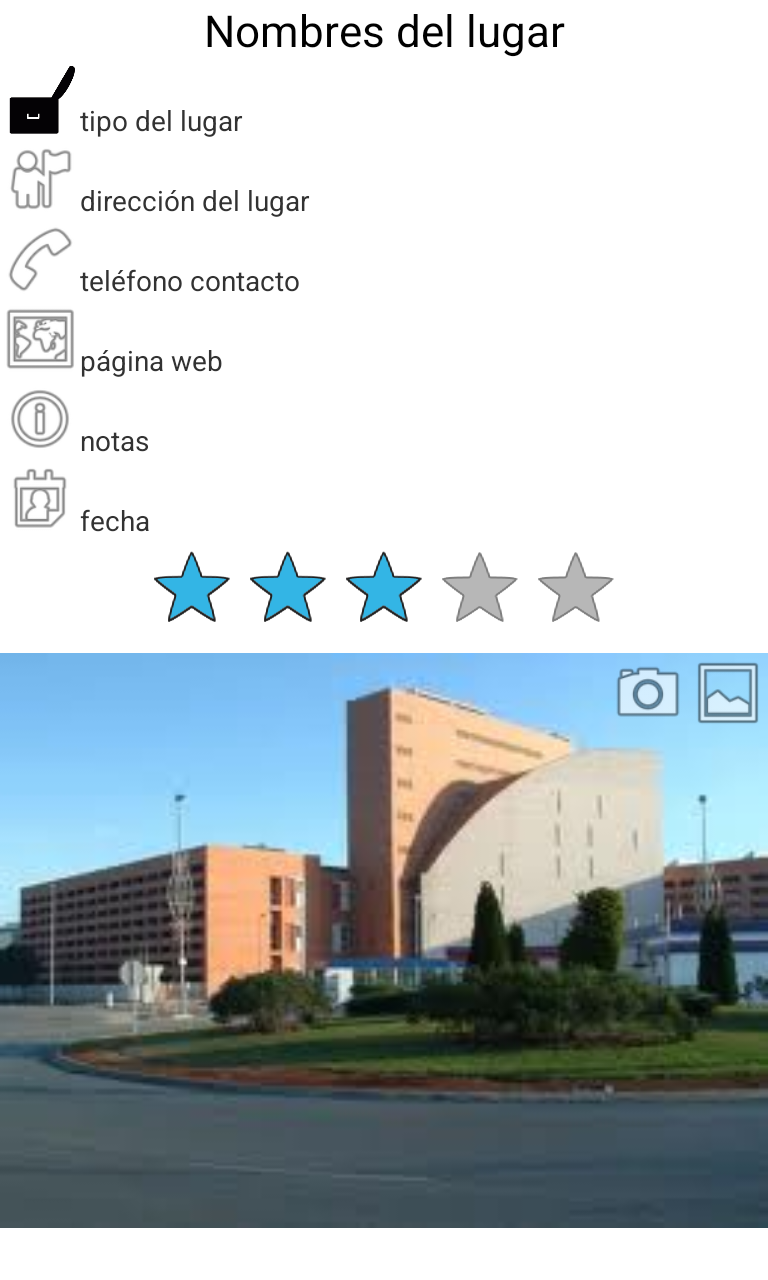
Repository: sayantjm/CursoAndroid
Layout: MisLugares/res/layout/vista_lugar.xml
The author's editor kept a copy of each file at every save. The layout is drawn from the files as they stood at one save, then again after the next save.
It is drawn on a 768 x 1280 px phone screen (xhdpi) without system bars, with theme AppTheme; the app's code is not run.

Above is the layout before, as saved 2014-03-25 20:16:43.

After the next save:
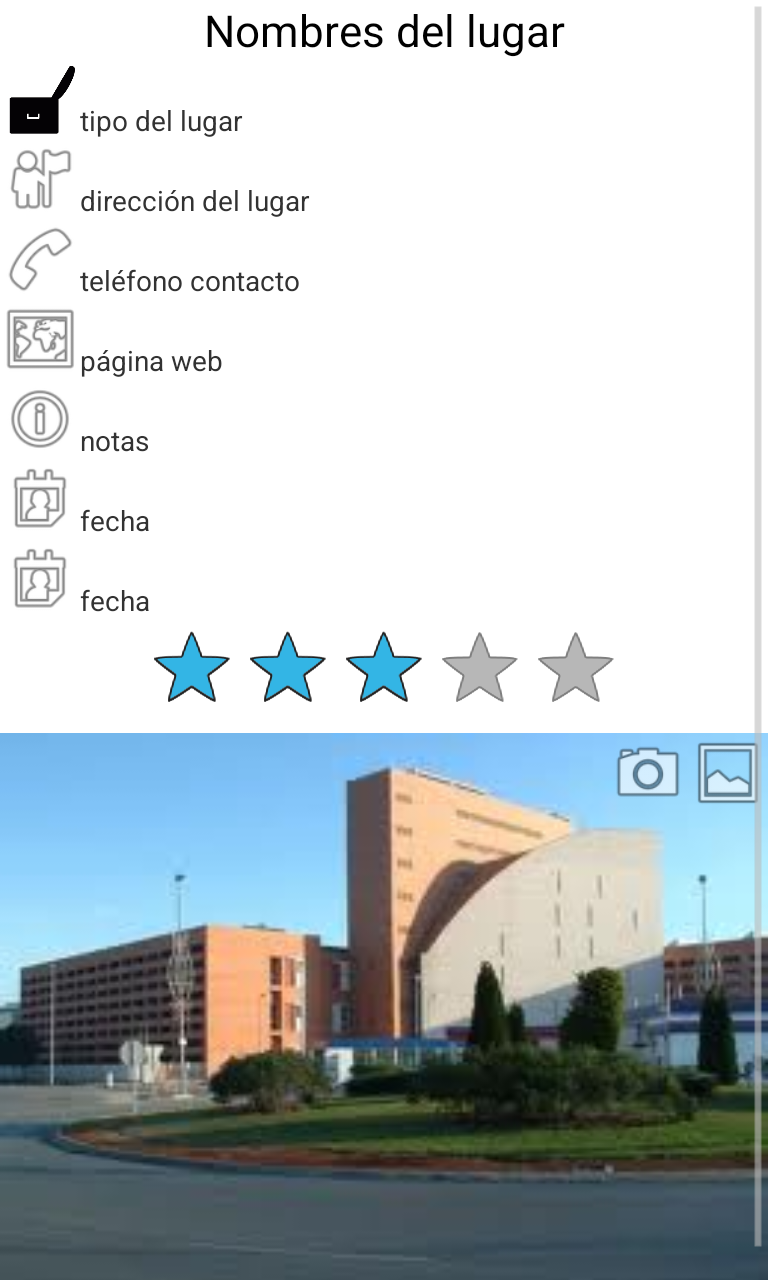
Saved 7 s later.
--- a/MisLugares/res/layout/vista_lugar.xml
+++ b/MisLugares/res/layout/vista_lugar.xml
@@ -117,6 +117,27 @@
                 android:layout_gravity="bottom"
                 android:text="notas" />
         </LinearLayout>
+
+        <LinearLayout
+            android:layout_width="match_parent"
+            android:layout_height="wrap_content"
+            android:orientation="horizontal" >
+
+            <ImageView
+                android:id="@+id/logo_calendario"
+                android:layout_width="40dp"
+                android:layout_height="40dp"
+                android:contentDescription="logo del calendario"
+                android:src="@android:drawable/ic_menu_my_calendar" />
+
+            <TextView
+                android:id="@+id/fecha"
+                android:layout_width="match_parent"
+                android:layout_height="wrap_content"
+                android:layout_gravity="bottom"
+                android:text="fecha" />
+        </LinearLayout>
+
         <LinearLayout
             android:layout_width="match_parent"
             android:layout_height="wrap_content"
